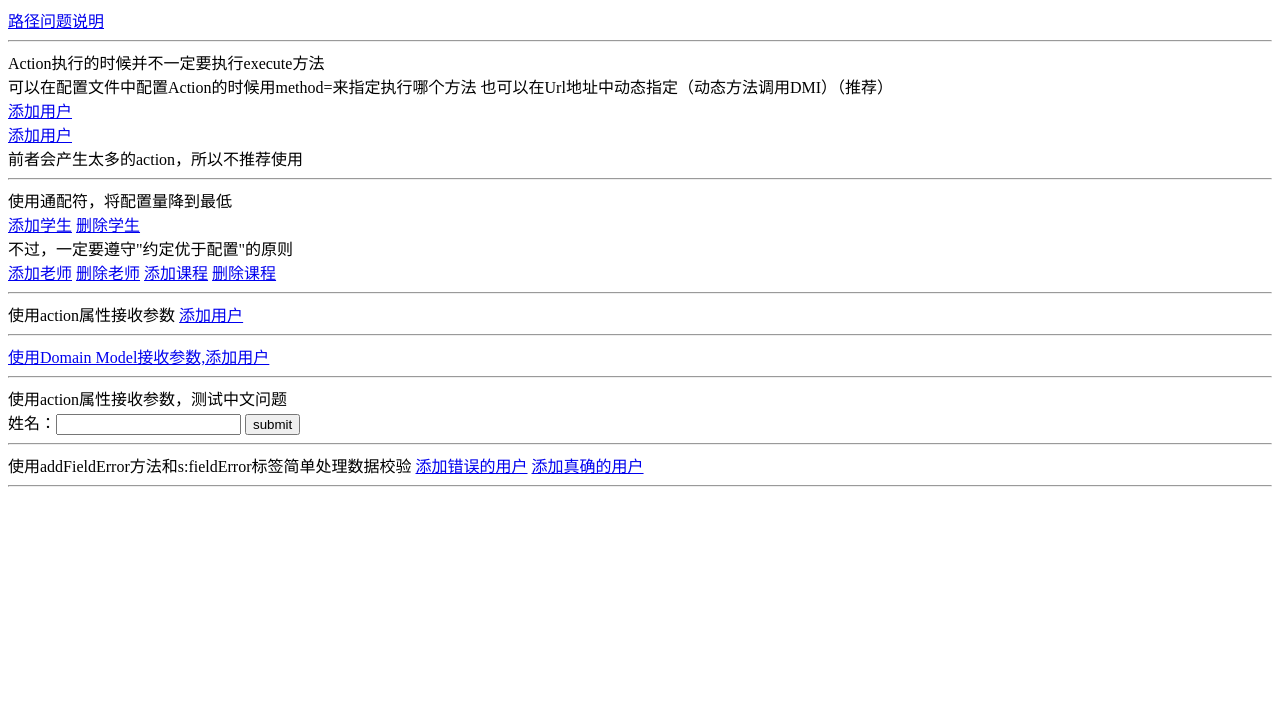
Repository: chellong/StrutsBasic
Page: http://localhost/Struts2.3Sx_1/
An editor plug-in stored every save of this project. The page is shown before and after the next save, followed by the edit.
The browser window is 1280 px wide. The pictures show the whole page.
The page is served by Tomcat 9. Nobody is signed in. The application's start-up code is not run. Other server files are loaded and not shown.

Above is the page before, as saved 2016-01-23 14:26:25.

### Struts2.3Sx_1/WebContent/index.jsp
<?xml version="1.0" encoding="utf-8" ?>
<%@ page language="java" contentType="text/html; charset=utf-8"
	pageEncoding="utf-8"%>

<%
	String path = request.getContextPath();
	String basePath = request.getScheme() + "://" + request.getServerName() + ":" + request.getServerPort()
			+ path + "/";
%>

<!DOCTYPE html PUBLIC "-//W3C//DTD XHTML 1.0 Transitional//EN" "http://www.w3.org/TR/xhtml1/DTD/xhtml1-transitional.dtd">

<html xmlns="http://www.w3.org/1999/xhtml">
<head>
<base href="<%=basePath%>" />
<meta http-equiv="Content-Type" content="text/html; charset=GB18030" />
<title>Insert title here</title>
</head>
<body>
	<a href="path/path.action">路径问题说明</a>
	<hr style="border:1 dashed #987cb9" />
	Action执行的时候并不一定要执行execute方法
	<br /> 可以在配置文件中配置Action的时候用method=来指定执行哪个方法
	也可以在Url地址中动态指定（动态方法调用DMI）（推荐）
	<br />
	<a href="/user/userAdd">添加用户</a>
	<br />
	<a href="/user/user!add">添加用户</a>
	<br /> 前者会产生太多的action，所以不推荐使用

	<hr style="border:1 dashed #987cb9" />

	使用通配符，将配置量降到最低
	<br />
	<a href="/actions/Studentadd">添加学生</a>
	<a href="/actions/Studentdelete">删除学生</a>
	<br /> 不过，一定要遵守"约定优于配置"的原则
	<br />
	<a href="/actions/Teacher_add">添加老师</a>
	<a href="/actions/Teacher_delete">删除老师</a>
	<a href="/actions/Course_add">添加课程</a>
	<a href="/actions/Course_delete">删除课程</a>

	<hr style="border:1 dashed #987cb9" />
	使用action属性接收参数
	<a href="user/user_007?name=a&age=8">添加用户</a>

	<hr style="border:1 dashed #987cb9" />
	<a href="user/user_008?user.name=a&user.age=8">使用Domain
		Model接收参数,添加用户</a>

	<!--中文问题 -->
	<hr style="border:1 dashed #987cb9" />
	使用action属性接收参数，测试中文问题
	<form action="user/user_008" method="post">
		姓名：<input type="text" name="name"></input> <input type="submit"
			value="submit" />
	</form>
	<!--数据验证 -->
	<hr style="border:1 dashed #987cb9" />
	使用addFieldError方法和s:fieldError标签简单处理数据校验
	<a href="user/user_009?name=a">添加错误的用户</a>
	<a href="user/user_009?name=admin">添加真确的用户</a>

	<hr style="border:1 dashed #987cb9" />


</body>
</html>

After the next save:
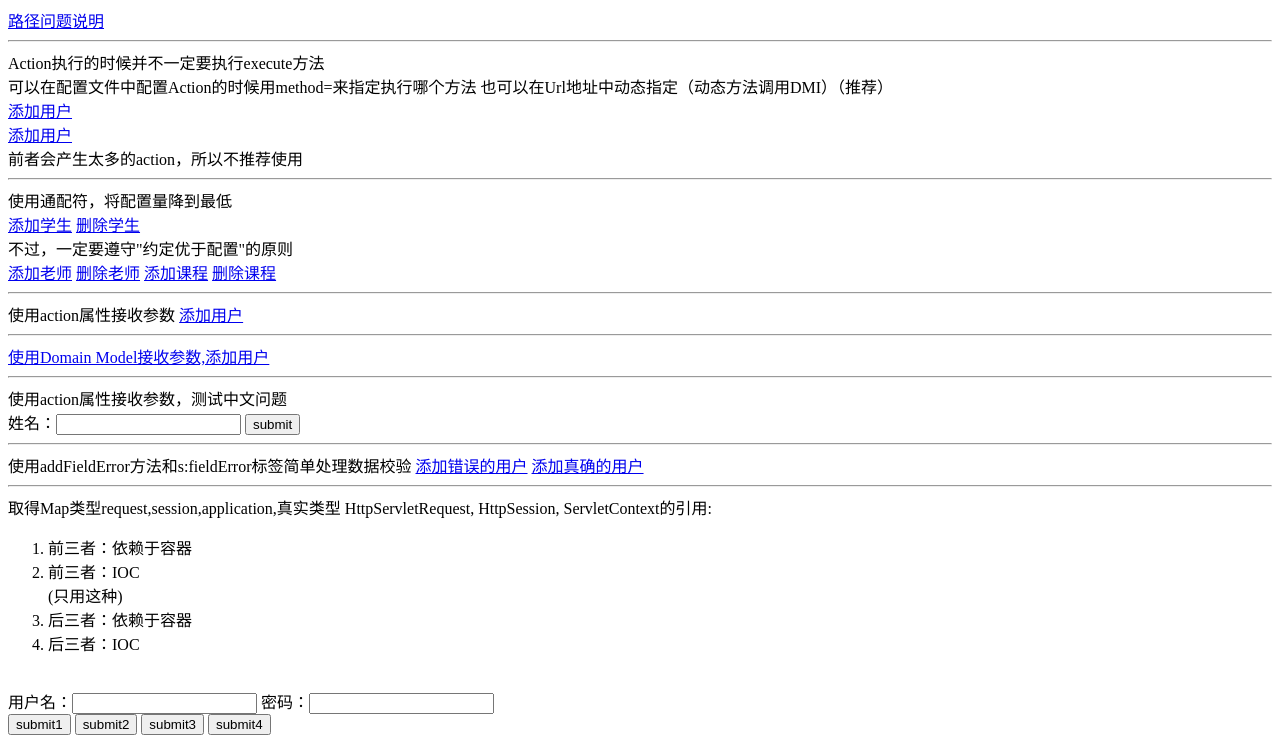
Saved 94 s later.
--- a/Struts2.3Sx_1/WebContent/index.jsp
+++ b/Struts2.3Sx_1/WebContent/index.jsp
@@ -18,7 +18,7 @@
 </head>
 <body>
 	<a href="path/path.action">路径问题说明</a>
-	<hr style="border:1 dashed #987cb9" />
+	<hr style="border: 1 dashed #987cb9" />
 	Action执行的时候并不一定要执行execute方法
 	<br /> 可以在配置文件中配置Action的时候用method=来指定执行哪个方法
 	也可以在Url地址中动态指定（动态方法调用DMI）（推荐）
@@ -28,7 +28,7 @@
 	<a href="/user/user!add">添加用户</a>
 	<br /> 前者会产生太多的action，所以不推荐使用
 
-	<hr style="border:1 dashed #987cb9" />
+	<hr style="border: 1 dashed #987cb9" />
 
 	使用通配符，将配置量降到最低
 	<br />
@@ -41,29 +41,49 @@
 	<a href="/actions/Course_add">添加课程</a>
 	<a href="/actions/Course_delete">删除课程</a>
 
-	<hr style="border:1 dashed #987cb9" />
+	<hr style="border: 1 dashed #987cb9" />
 	使用action属性接收参数
 	<a href="user/user_007?name=a&age=8">添加用户</a>
 
-	<hr style="border:1 dashed #987cb9" />
+	<hr style="border: 1 dashed #987cb9" />
 	<a href="user/user_008?user.name=a&user.age=8">使用Domain
 		Model接收参数,添加用户</a>
 
 	<!--中文问题 -->
-	<hr style="border:1 dashed #987cb9" />
+	<hr style="border: 1 dashed #987cb9" />
 	使用action属性接收参数，测试中文问题
 	<form action="user/user_008" method="post">
 		姓名：<input type="text" name="name"></input> <input type="submit"
 			value="submit" />
 	</form>
 	<!--数据验证 -->
-	<hr style="border:1 dashed #987cb9" />
+	<hr style="border: 1 dashed #987cb9" />
 	使用addFieldError方法和s:fieldError标签简单处理数据校验
 	<a href="user/user_009?name=a">添加错误的用户</a>
 	<a href="user/user_009?name=admin">添加真确的用户</a>
 
-	<hr style="border:1 dashed #987cb9" />
+	<hr style="border: 1 dashed #987cb9" />
 
+	取得Map类型request,session,application,真实类型 HttpServletRequest,
+	HttpSession, ServletContext的引用:
+	<ol>
+		<li>前三者：依赖于容器</li>
+		<li>前三者：IOC</li> (只用这种)
+		<li>后三者：依赖于容器</li>
+		<li>后三者：IOC</li>
+	</ol>
+	<br />
+	<form name="f" action="" method="post">
+		用户名：<input type="text" name="name" /> 密码：<input type="text"
+			name="password" /> <br /> <input type="button" value="submit1"
+			onclick="javascript:document.f.action='login/login1';document.f.submit();" />
+		<input type="button" value="submit2"
+			onclick="javascript:document.f.action='login/login2';document.f.submit();" />
+		<input type="button" value="submit3"
+			onclick="javascript:document.f.action='login/login3';document.f.submit();" />
+		<input type="button" value="submit4"
+			onclick="javascript:document.f.action='login/login4';document.f.submit();" />
+	</form>
 
 </body>
 </html>
